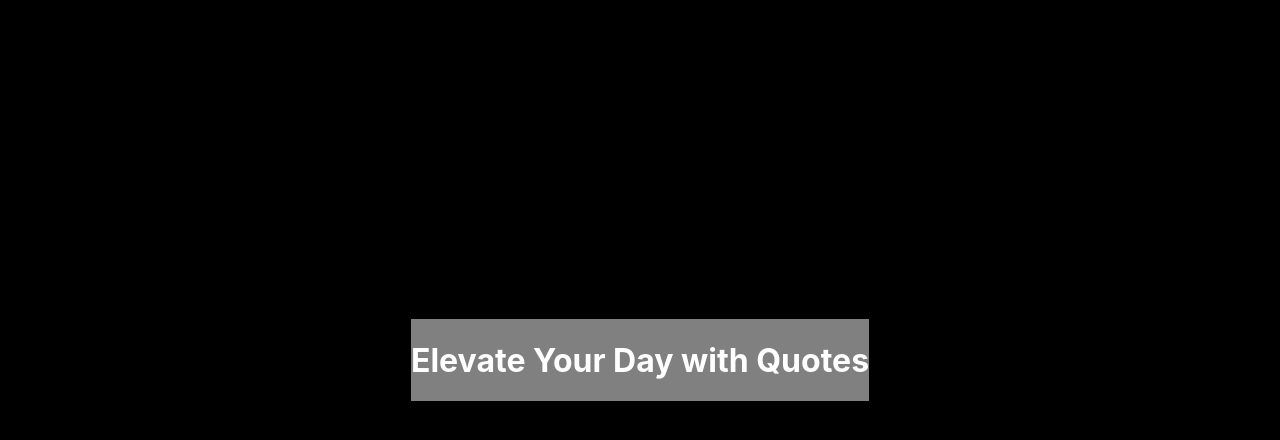
Repository: Bhavik-Sanghar/Quote-app
Page: /
An editor plug-in stored every save of this project. The page is shown before and after the next save, followed by the edit.
The browser window is 1280 px wide. The pictures show the whole page.
The page's requests for data from a server got no answer. The project was rebuilt for these pictures with package versions that can differ from the ones it lists, and the page was loaded fresh each time. No one was signed in, and anything a server would have sent is missing. Also part of the build but not shown: src/styles.css.

Above is the page before, as saved 2023-08-18 14:50:39.

### src/App.js
import React from 'react';
import './styles.css';
import QuoteComponent from './components/NewQuote'

function App() {
  return (
    <div className="App">

      <QuoteComponent/>


    </div>
  );
}

export default App;

### src/components/NewQuote.js
import React, { useEffect, useState } from "react";
import axios from "axios";
import './New.css'

const QuoteComponent = () => {
  const [quotes, setQuotes] = useState([]);
  const category = "inspirational";
  const apiKey = "EgtS4gqLsbjvHM2bBjKwBA==PYmsGLFQFXQzq0Na";

  useEffect(() => {
    fetchQuotes();
  }, []);

  const fetchQuotes = async () => {
    try {
      const response = await axios.get(
        `https://api.api-ninjas.com/v1/quotes?category=${category}&limit=`, // Fetching 5 quotes
        {
          headers: { "X-Api-Key": apiKey },
        }
      );
      console.log(response)
      setQuotes(response.data);
    } catch (error) {
      console.error("Error: ", error);
    }
  };

  return (
    <div className="quote-container">
      <div className="card-container">
      <h1>Elevate Your Day with Quotes</h1>
        {quotes.map((quote, index) => (
          <div key={index} className="card">
            <p className="quote-text">{quote.quote}</p>
            <p className="author">- {quote.author}</p>
          </div>
        ))}
      </div>
    </div>
  );
};

export default QuoteComponent;

### src/components/New.css
.quote-container{
  display: flex;
  justify-content: center;
  align-items: center;
  min-height: 100vh;
  background-color : black;
  color : white;
}

.card-container{
  background-color : rgba(255, 255, 255, 0.5);
}

Loaded but not shown: public/index.html (common file); src/index.js (common file); src/index.css (common file); src/reportWebVitals.js (common file)

After the next save:
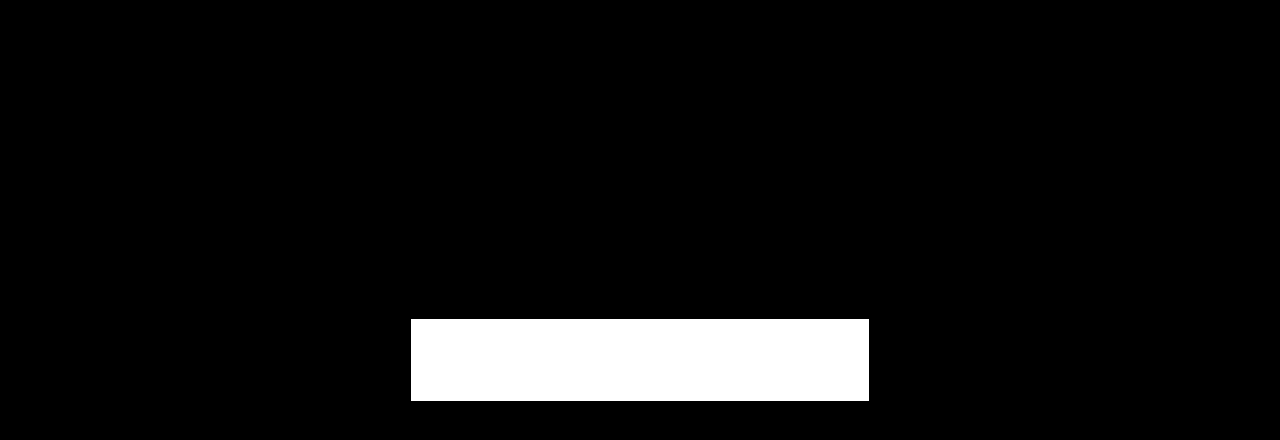
Saved 68 s later.
--- a/src/components/New.css
+++ b/src/components/New.css
@@ -8,5 +8,5 @@
 }
 
 .card-container{
-  background-color : rgba(255, 255, 255, 0.5);
+  background-color : white
 }
